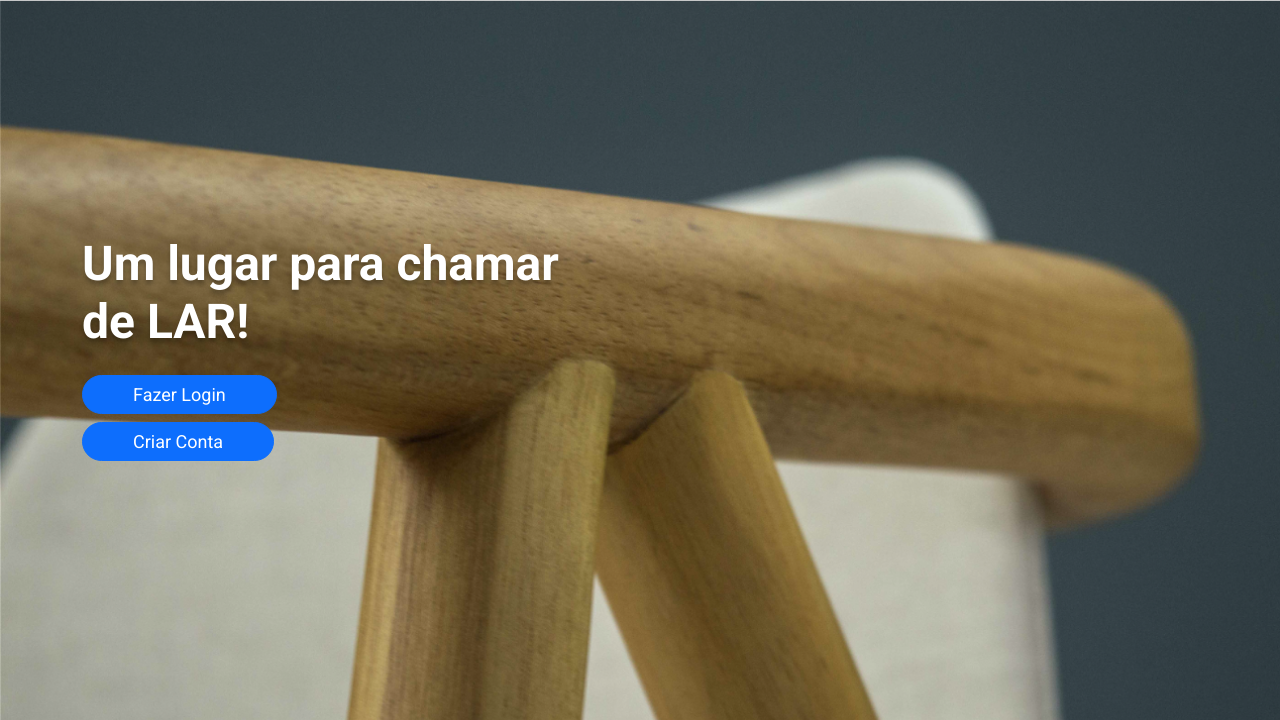
Repository: telesbp/Projeto-4-e-Projeto-5
Page: / (app in front-end/)
These files come from the project's save history. The page is drawn as it stood at one moment and after the next save; the edit follows.
The browser window is 1280 px wide. The pictures show the whole page.
The project was rebuilt for these pictures with package versions that can differ from the ones it lists, and the page was loaded fresh each time.

Above is the page before, as saved 2022-07-17 15:56:05.

After the next save:
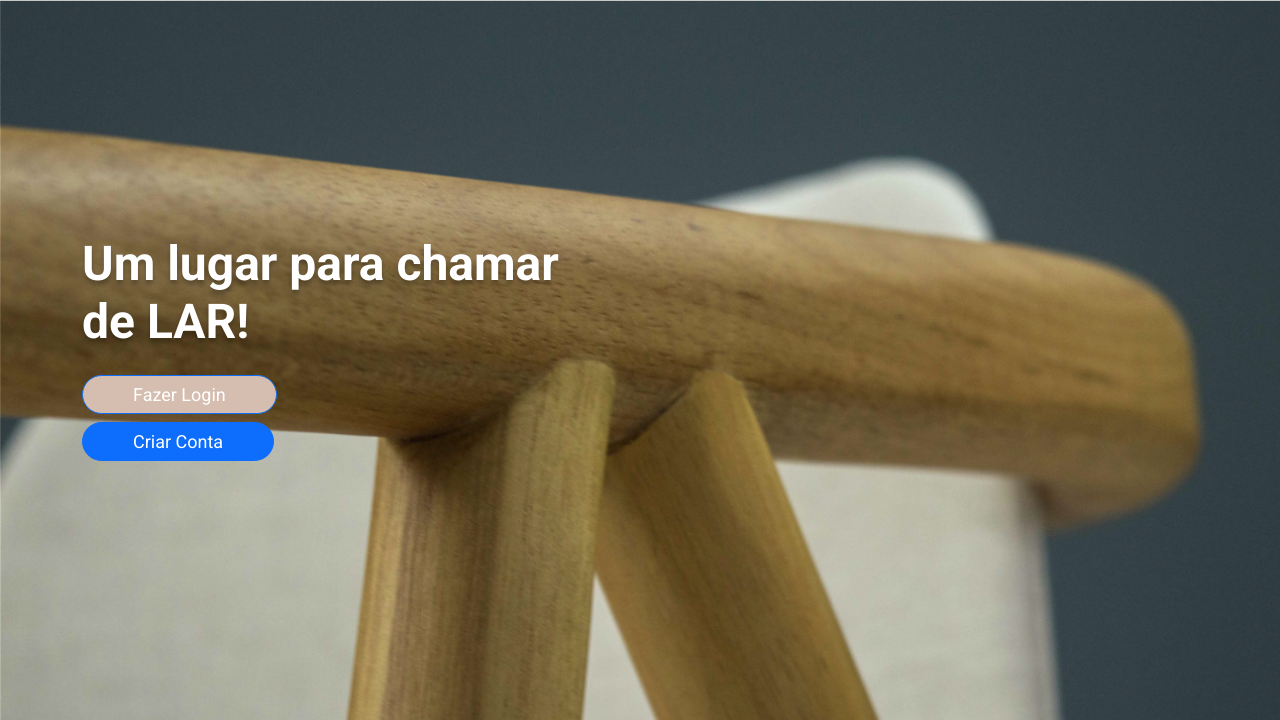
Saved 20 s later.
--- a/front-end/src/components/CustomButton/index.tsx
+++ b/front-end/src/components/CustomButton/index.tsx
@@ -13,7 +13,7 @@ const ButtonStyled = styled(Button)`
     ${props => props.size ==='lg' && `
         font-size: 1.125rem;
     `}
-    ${props => props.variant === "primaty" && `
+    ${props => props.variant === "primary" && `
         background-color: #d5bdaf;
         border color: #d5bdaf;
         &:hover {
